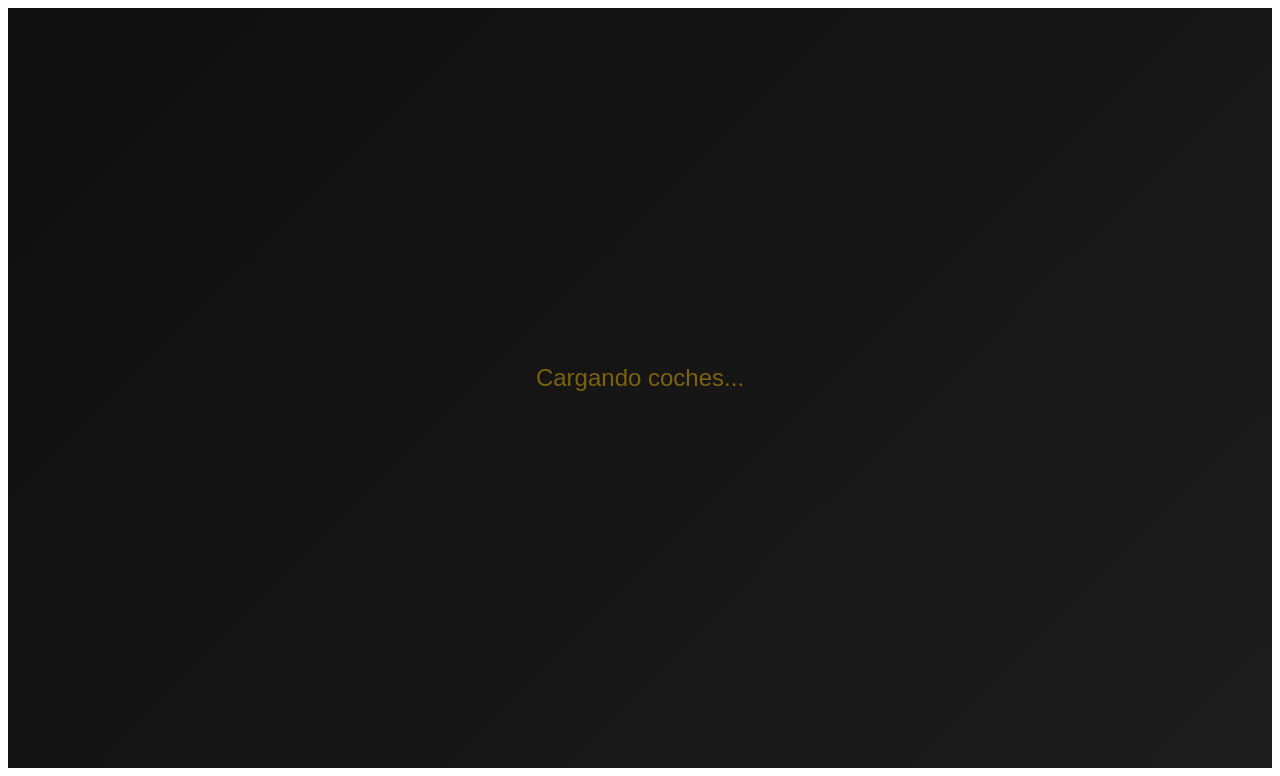
Repository: demoniers/clase
Page: /concesionario (app in misproyectos/concesionario/)
An editor plug-in stored every save of this project. The page is shown before and after the next save, followed by the edit.
The browser window is 1280 px wide. The pictures show the whole page.
The page's requests for data from a server got no answer. The project was rebuilt for these pictures with package versions that can differ from the ones it lists, and the page was loaded fresh each time. No one was signed in, and anything a server would have sent is missing. Imported but missing from the stored project, and not drawn on this page: misproyectos/concesionario/src/routes/Home.

Above is the page before, as saved 2025-03-19 10:30:45.

### misproyectos/concesionario/src/index.js
import React from 'react';
import { createRoot } from 'react-dom/client';
import { BrowserRouter } from 'react-router-dom';
import App from './App';

const rootElement = document.getElementById('root');
const root = createRoot(rootElement);

root.render(
  <React.StrictMode>
    <BrowserRouter>
      <App />
    </BrowserRouter>
  </React.StrictMode>
);


/*import React from 'react';
import { createRoot } from 'react-dom/client';
import App from './App';
import ReactDOM from 'react-dom/client';
import './index.css';
import { BrowserRouter } from 'react-router-dom';

const rootElement = document.getElementById('root');
const root = createRoot(rootElement);

root.render(
  <React.StrictMode>
    <App />
  </React.StrictMode>
);
*/

// If you want to start measuring performance in your app, pass a function
// to log results (for example: reportWebVitals(console.log))
// or send to an analytics endpoint. Learn more: https://bit.ly/CRA-vitals
//reportWebVitals();

### misproyectos/concesionario/src/App.js
import React from 'react';
import { Route, Routes } from 'react-router-dom';
import Home from './routes/Home';
import Concesionario from './routes/concesionario/Concesionario';

function App() {
  return (
    <Routes>
      <Route path="/" element={<Home />} />
      <Route path="/concesionario" element={<Concesionario />} />
      <Route path="/login" element={<login />} />
    </Routes>
  );
}

export default App;

### misproyectos/concesionario/src/routes/concesionario/Concesionario.js
import React, { useState, useEffect } from 'react';
import './Concesionario.css'; // Asegúrate de usar el CSS actualizado

function Concesionario() {
  const [coches, setCoches] = useState([]);
  const [cocheSeleccionado, setCocheSeleccionado] = useState(null);

  useEffect(() => {
    async function fetchData() {
      try {
        const response = await fetch('http://10.0.0.124:5000/api/coches');
        const data = await response.json();
        setCoches(data);
        setCocheSeleccionado(data[0]);
      } catch (error) {
        console.error('Error al obtener los datos:', error);
      }
    }

    fetchData();
  }, []);

  const seleccionarCoche = (coche) => {
    setCocheSeleccionado(coche);
  };

  return (
    <div className="concesionario">
      {cocheSeleccionado ? (
        <div className="contenido">
          {/* Recuadro de características */}
          <div className="caracteristicas">
            <h3>Características de {cocheSeleccionado.nombre_coche}</h3>
            <div className="barra">
              <label>Velocidad:</label>
              <div className="barra-externa">
                <div
                  className="barra-interna"
                  style={{ width: `${cocheSeleccionado.velocidad || 0}%` }}
                ></div>
              </div>
            </div>
            <div className="barra">
              <label>Aceleración:</label>
              <div className="barra-externa">
                <div
                  className="barra-interna"
                  style={{ width: `${cocheSeleccionado.aceleracion || 0}%` }}
                ></div>
              </div>
            </div>
            <div className="barra">
              <label>Frenado:</label>
              <div className="barra-externa">
                <div
                  className="barra-interna"
                  style={{ width: `${cocheSeleccionado.frenado || 0}%` }}
                ></div>
              </div>
            </div>
          </div>

          {/* Imagen grande */}
          <div className="imagen-grande">
            <img src={`/img/${cocheSeleccionado.img_coche}`} alt={cocheSeleccionado.nombre_coche} />
            <h2>{cocheSeleccionado.nombre_coche}</h2>
          </div>
        </div>
      ) : (
        <p>Cargando coches...</p>
      )}

      {/* Barra de navegación */}
      <div className="barra-navegacion">
        {coches.map((coche) => (
          <div
            key={coche.id}
            className={`tarjeta ${coche.id === cocheSeleccionado.id ? 'seleccionado' : ''}`}
            onClick={() => seleccionarCoche(coche)}
          >
            <img src={`/img/${coche.img_coche}`} alt={coche.nombre_coche} />
            <p>{coche.nombre_coche}</p>
          </div>
        ))}
      </div>
    </div>
  );
}

export default Concesionario;

### misproyectos/concesionario/src/routes/concesionario/Concesionario.css
/* Concesionario.css */

/* Estilo general */
.concesionario {
  font-family: 'Arial', sans-serif;
  color: white;
  background: linear-gradient(135deg, #0f0f0f, #1c1c1c);
  display: flex;
  flex-direction: column;
  align-items: center;
  justify-content: center;
  padding: 20px;
  min-height: 100vh;
  overflow: hidden;
}

/* Imagen principal del coche seleccionado */
.imagen-grande {
  position: relative;
  width: 53%;
  text-align: center;
  margin-bottom: 30px;
}

.imagen-grande img {
  width: 100%;
  border-radius: 10px;
  box-shadow: 0 8px 20px rgba(0, 0, 0, 0.8);
  transition: transform 0.5s ease, box-shadow 0.5s ease;
}

.imagen-grande img:hover {
  transform: scale(1.05);
  box-shadow: 0 12px 30px rgba(0, 0, 0, 1);
}

.imagen-grande h2 {
  margin-top: 15px;
  font-size: 2rem;
  text-transform: uppercase;
  color: #e2b007;
  letter-spacing: 2px;
}

/* Barra de navegación (galería de coches) */
.barra-navegacion {
  display: flex;
  overflow-x: auto;
  gap: 20px;
  padding: 10px;
  width: 100%;
  justify-content: center;
}

.barra-navegacion::-webkit-scrollbar {
  height: 10px;
}

.barra-navegacion::-webkit-scrollbar-thumb {
  background-color: #e2b007;
  border-radius: 10px;
}

.tarjeta {
  flex: 0 0 auto;
  background: #1f1f1f;
  border-radius: 10px;
  overflow: hidden;
  text-align: center;
  width: 150px;
  cursor: pointer;
  transition: transform 0.3s ease, background 0.3s ease;
  border: 2px solid transparent;
}

.tarjeta img {
  width: 100%;
  border-bottom: 1px solid #333;
  transition: transform 0.3s ease;
}

.tarjeta:hover img {
  transform: scale(1.05);
}

.tarjeta p {
  color: white;
  font-weight: bold;
  margin: 10px 0;
  font-size: 1rem;
}

.tarjeta:hover {
  transform: scale(1.1);
  background: #2c2c2c;
  border: 2px solid #e2b007;
}

.tarjeta.seleccionado {
  background: #806307;
  color: black;
  transform: scale(1.15);
  border: 2px solid #fff;
}

/* Cargando mensaje */
.concesionario p {
  font-size: 1.5rem;
  color: #e2b007;
  animation: blink 1s infinite;
}

@keyframes blink {
  0%, 100% {
    opacity: 1;
  }
  50% {
    opacity: 0.5;
  }
}

/* Recuadro para las características */
.caracteristicas {
  margin-top: 20px;
  background: #1f1f1f;
  padding: 20px;
  border-radius: 10px;
  box-shadow: 0 4px 10px rgba(0, 0, 0, 0.7);
  color: white;
  width: 80%;
}

.caracteristicas h3 {
  margin-bottom: 20px;
  text-transform: uppercase;
  color: #e2b007;
  font-size: 1.5rem;
}

.barra {
  margin-bottom: 15px;
}

.barra label {
  display: block;
  font-size: 1rem;
  margin-bottom: 5px;
}

.barra-externa {
  background: #333;
  border-radius: 10px;
  height: 20px;
  position: relative;
  overflow: hidden;
}

.barra-interna {
  background: #e2b007;
  height: 100%;
  transition: width 0.5s ease;
}

Loaded but not shown: misproyectos/concesionario/public/index.html (common file)

After the next save:
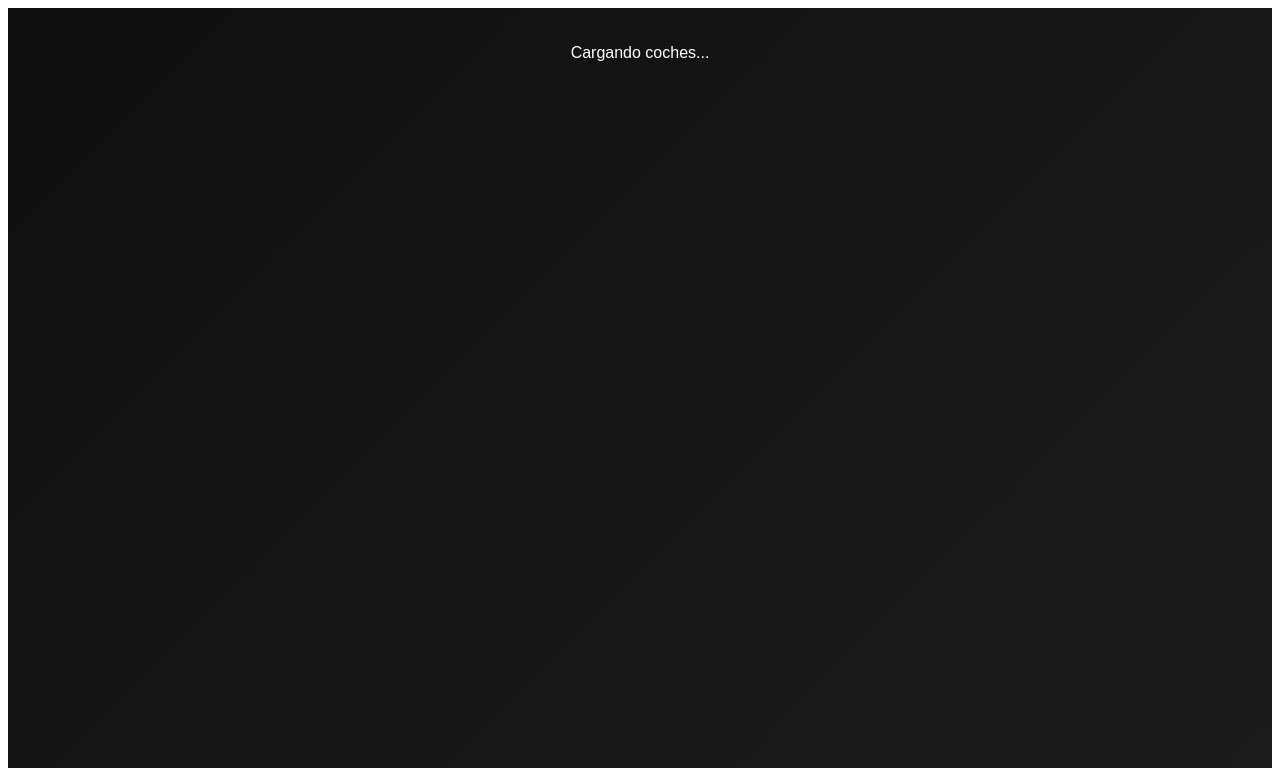
Saved 14 s later.
--- a/misproyectos/concesionario/src/routes/concesionario/Concesionario.css
+++ b/misproyectos/concesionario/src/routes/concesionario/Concesionario.css
@@ -8,41 +8,83 @@
   display: flex;
   flex-direction: column;
   align-items: center;
-  justify-content: center;
   padding: 20px;
   min-height: 100vh;
+}
+
+/* Contenedor principal del contenido */
+.contenido {
+  display: flex;
+  flex-wrap: wrap; /* Para ser responsivo */
+  align-items: flex-start;
+  gap: 20px;
+  width: 100%;
+  max-width: 1200px;
+  margin-bottom: 30px;
+}
+
+/* Recuadro de características */
+.caracteristicas {
+  background: #1f1f1f;
+  padding: 20px;
+  border-radius: 10px;
+  box-shadow: 0 4px 10px rgba(0, 0, 0, 0.7);
+  color: white;
+  flex: 1; /* Hacer que ocupe el espacio proporcional */
+  max-width: 300px; /* Ancho máximo */
+}
+
+.caracteristicas h3 {
+  margin-bottom: 20px;
+  text-transform: uppercase;
+  color: #e2b007;
+  font-size: 1.2rem;
+}
+
+.barra {
+  margin-bottom: 15px;
+}
+
+.barra label {
+  display: block;
+  font-size: 0.9rem;
+  margin-bottom: 5px;
+}
+
+.barra-externa {
+  background: #333;
+  border-radius: 10px;
+  height: 20px;
+  position: relative;
   overflow: hidden;
 }
 
-/* Imagen principal del coche seleccionado */
+.barra-interna {
+  background: #e2b007;
+  height: 100%;
+  transition: width 0.5s ease;
+}
+
+/* Imagen del coche */
 .imagen-grande {
-  position: relative;
-  width: 53%;
+  flex: 2; /* Ocupa más espacio relativo */
+  max-width: 800px;
   text-align: center;
-  margin-bottom: 30px;
 }
 
 .imagen-grande img {
   width: 100%;
   border-radius: 10px;
   box-shadow: 0 8px 20px rgba(0, 0, 0, 0.8);
-  transition: transform 0.5s ease, box-shadow 0.5s ease;
-}
-
-.imagen-grande img:hover {
-  transform: scale(1.05);
-  box-shadow: 0 12px 30px rgba(0, 0, 0, 1);
+  margin-bottom: 15px;
 }
 
 .imagen-grande h2 {
-  margin-top: 15px;
-  font-size: 2rem;
-  text-transform: uppercase;
+  font-size: 1.5rem;
   color: #e2b007;
-  letter-spacing: 2px;
 }
 
-/* Barra de navegación (galería de coches) */
+/* Barra de navegación */
 .barra-navegacion {
   display: flex;
   overflow-x: auto;
@@ -97,66 +139,8 @@
 }
 
 .tarjeta.seleccionado {
-  background: #806307;
+  background: #e2b007;
   color: black;
   transform: scale(1.15);
   border: 2px solid #fff;
 }
-
-/* Cargando mensaje */
-.concesionario p {
-  font-size: 1.5rem;
-  color: #e2b007;
-  animation: blink 1s infinite;
-}
-
-@keyframes blink {
-  0%, 100% {
-    opacity: 1;
-  }
-  50% {
-    opacity: 0.5;
-  }
-}
-
-/* Recuadro para las características */
-.caracteristicas {
-  margin-top: 20px;
-  background: #1f1f1f;
-  padding: 20px;
-  border-radius: 10px;
-  box-shadow: 0 4px 10px rgba(0, 0, 0, 0.7);
-  color: white;
-  width: 80%;
-}
-
-.caracteristicas h3 {
-  margin-bottom: 20px;
-  text-transform: uppercase;
-  color: #e2b007;
-  font-size: 1.5rem;
-}
-
-.barra {
-  margin-bottom: 15px;
-}
-
-.barra label {
-  display: block;
-  font-size: 1rem;
-  margin-bottom: 5px;
-}
-
-.barra-externa {
-  background: #333;
-  border-radius: 10px;
-  height: 20px;
-  position: relative;
-  overflow: hidden;
-}
-
-.barra-interna {
-  background: #e2b007;
-  height: 100%;
-  transition: width 0.5s ease;
-}
